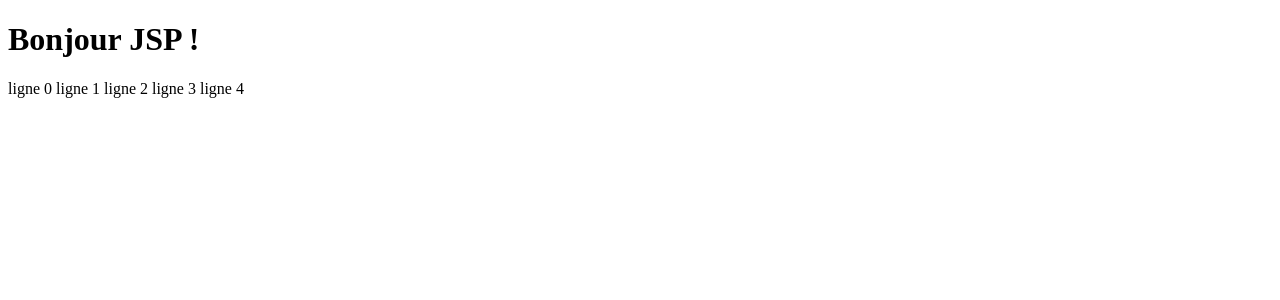
Repository: Kahefsay/javaEE
Page: http://localhost/ApsioTest/Bonjour.jsp
An editor plug-in stored every save of this project. The page is shown before and after a run of saves, followed by the edit.
The browser window is 1280 px wide. The pictures show the whole page.
The page is served by Tomcat 9.

Above is the page before, as saved 2018-01-31 09:01:43.

After the next 2 saves:
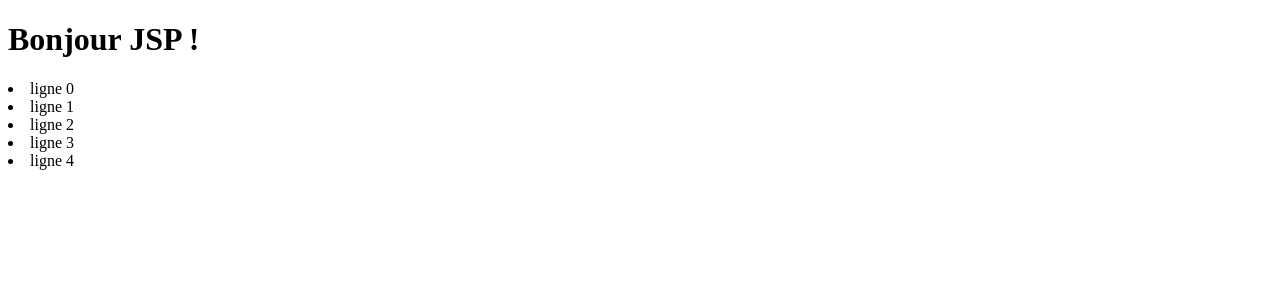
The 2 saves are shown as one change because 1 did not build or start.
The last was saved 3 min 21 s later.
--- a/ApsioTest/WebContent/Bonjour.jsp
+++ b/ApsioTest/WebContent/Bonjour.jsp
@@ -12,7 +12,7 @@
 
 <%
 	for (int i=0; i<5; i++){
-		out.println(" ligne " + i);
+		out.println("<li> ligne " + i + "</li>");
 	}
 %>
 
